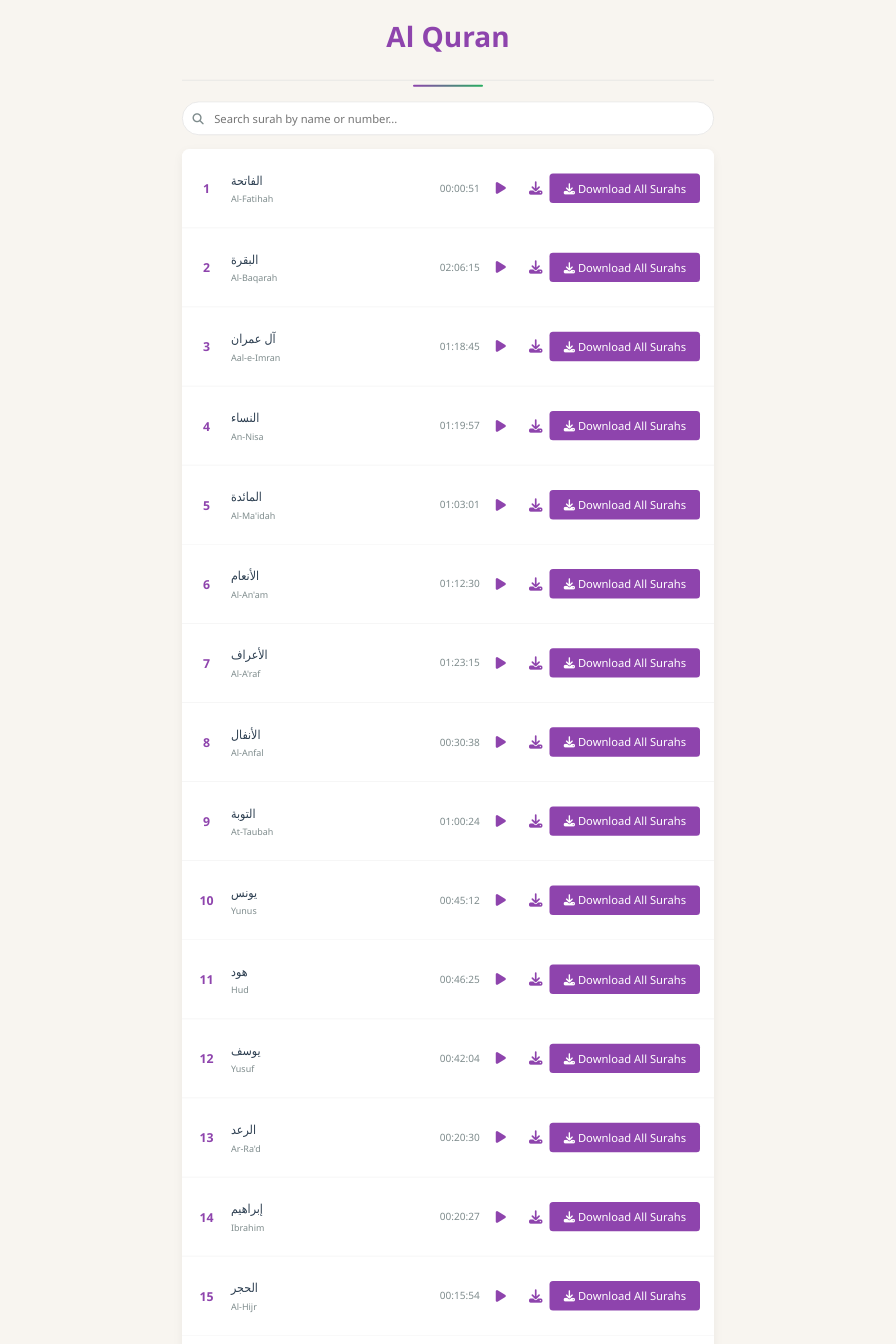
Repository: MohdKaarim/quran
Page: app/src/main/assets/Test.html
The author's editor kept a copy of each file at every save. The page is drawn from the files as they stood at one save, then again after the next save.
The browser window is 1280 px wide. The pictures show the part of the page from y = 0 to 1920 px (the page is 13275 px tall before and 9811 px after), at 70% of full size.

Above is the page before, as saved 2025-07-07 23:12:00.

After the next save:
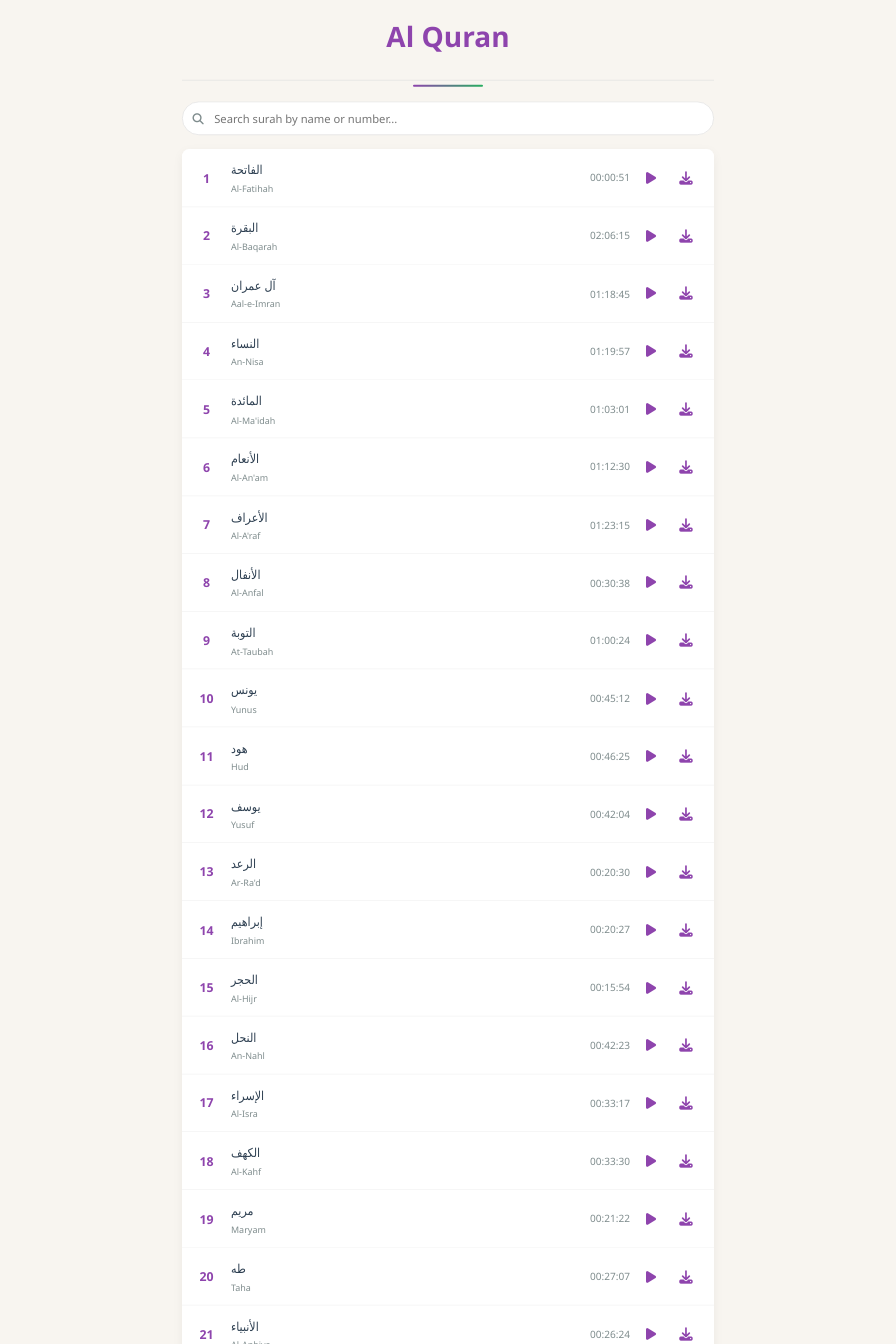
Saved 5 s later.
--- a/app/src/main/assets/Test.html
+++ b/app/src/main/assets/Test.html
@@ -817,10 +817,6 @@
           <button class="download-btn" style="margin-left: 10px;" onclick="event.stopPropagation(); window.location.href='1xcjTc3G9W4QavZXG6Cv-R_u_vcYVq8Xh?';">
         <i class="fas fa-download"></i>
         </button>
-        <button onclick="downloadAll()" style="display:block; margin: 20px auto; padding: 10px 20px; font-size: 16px; background-color:#8e44ad; color:white; border:none; border-radius:5px;">
-        <i class="fas fa-download"></i> Download All Surahs
-        </button>
-
         `;
         surahListElement.appendChild(surahItem);
       });
@@ -845,10 +841,6 @@ document.getElementById('search-input').addEventListener('input', function () {
 
     renderSurahList(filteredSurahs);
 });
-function downloadAll() {
-    AndroidBridge.downloadAllSurahs();
-}
-
 
     renderSurahList();
   </script>
